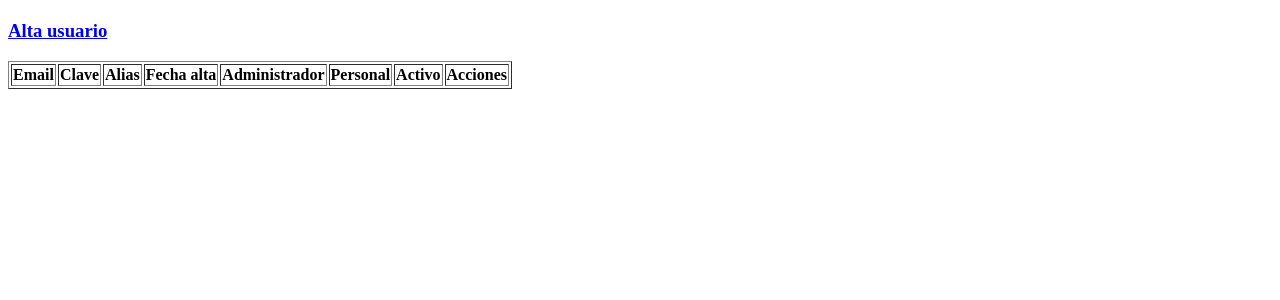
Repository: Mariangeles94/practica_gestion_usuarios
Page: http://localhost/Gestion/administrador/index.php
The author's editor kept a record of every edit. The page is drawn from the files as they stood at one moment, then again after the next edit.
The browser window is 1280 px wide. The pictures show the whole page.
The page is run by PHP 8.4 with error messages shown; the project is at /var/www/html/. Queries for data that is not in the repository find no rows.

Above is the page before.

### administrador/index.php
<?php
require '../clases/AutoCarga.php';
$bd = new DataBase();
$gestor = new ManageUser($bd);
$usuarios = $gestor->getList2();

?>
<!DOCTYPE html>
<html>
    <head>
        <meta charset="UTF-8">
        <title></title>
    </head>
    <body>
        <h2></h2>
        <h3><a class="enlaceInsertar" href="viewinsert.php">Alta usuario</a></h3>
        <table border="1">
            <thead>
                <tr>
                    <th>Email</th>
                    <th>Clave</th>
                    <th>Alias</th>
                    <th>Fecha alta</th>
                    <th>Administrador</th>
                    <th>Personal</th>
                    <th>Activo</th>
                    <th colspan="2">Acciones</th>
                </tr>
            </thead>
            <tbody>
                <?php foreach ($usuarios as $key => $usuario) { ?>
                    <tr>
                        <td><?= $usuario->getEmail(); ?></td>
                        <td><?= $usuario->getClave(); ?></td>
                        <td><?= $usuario->getAlias() ?></td>
                        <td><?= $usuario->getFechaAlta(); ?></td>
                        <td><?= $usuario->getAdministrador() ?></td>
                        <td><?= $usuario->getPersonal() ?></td>
                        <td><?= $usuario->getActivo() ?></td>
                        <td>
                            <a class='borrar' href='phpdelete.php?email=<?= $usuario->getEmail() ?>'> Borrar</a>
                            <a href='viewedit.php?email=<?= $usuario->getEmail() ?>'> Editar</a>
                        </td>
                    </tr>
                <?php } ?>
            </tbody>
        </table>
    </body>
    <script src="../js/scripts.js"></script>
</html>
<?php
$bd->close();

### clases/AutoCarga.php
<?php

class AutoCarga {
    static function cargar($clase){
        $clase = str_replace("\\", "/", $clase);
        $archivo = "../clases/" .$clase . ".php";
         if (file_exists($archivo)) {
              require $archivo;
         }else{
             $archivo = "clases/" .$clase . ".php";
             require $archivo;
         }
   }
}
spl_autoload_register('AutoCarga::cargar'); // Tiene que estar fuera de la clase

### clases/DataBase.php
<?php

class DataBase {

    private $conexion, $consulta;

    function __construct() {
        try {
            $this->conexion = new PDO(
                    'mysql:host=' . Constant::SERVER . ';' .
                    'dbname=' . Constant::DATABASE, Constant::DBUSER, Constant::DBPASSWORD, array(
                PDO::ATTR_PERSISTENT => true,
                PDO::MYSQL_ATTR_INIT_COMMAND => 'set names utf8')
            );
        } catch (PDOException $e) {
            var_dump($e);
            exit();
            //Esta parte hay que completarla
        }
    }

    function close() {
        $this->conexion = null;
    }

    function getCount() {
        return $this->consulta->rowCount();
    }

    function getId() {
        return $this->conexion->lastInsertId();
    }

    function getErrorConection() {
        return $this->conexion->errorInfo();
    }

    function getError() {
        return $this->consulta->errorInfo();
    }

    function send($sql, $parametros = array()) {
        $this->consulta = $this->conexion->prepare($sql);
        foreach ($parametros as $nombreParametro => $valorParametro) {
            $this->consulta->bindValue($nombreParametro, $valorParametro);
        }
      //var_dump($parametros);
      //echo "sql:" .$sql;
        return $this->consulta->execute();
    }

    function getRow() {
        $r = $this->consulta->fetch();
        if ($r === null) {
            $this->consulta->closeCursor();
        }
        return $r;
    }
    function count($tabla, $condicion="1 = 1", $parametros = array()){
        $sql="select count(*) from $tabla where $condicion";
        $this->send($sql, $parametros);
        $fila = $this->getRow();
        return $fila[0];
    }

    function erase($tabla, $condicion, $parametros = array()) {
        //delete from TABLA where CONDICION
        $sql = "delete from $tabla where $condicion";
        if ($this->send($sql, $parametros)) {
            return $this->getCount();
        }
        return false;
    }

     function delete($tabla, $parametros = array()) {
        //delete from TABLA where CONDICION
        $camposWhere = "";
        foreach ($parametros as $nombreParametro => $valorParametro) {
            $camposWhere .= $nombreParametro . " = :" . $nombreParametro . " and ";
        }
        //$camposWhere .= "1=1";
        $camposWhere = substr($camposWhere, 0, -4);
        $sql = "delete from $tabla where $camposWhere";
        if ($this->send($sql, $parametros)) {
            return $this->getCount();
        }
        return false;
    }

    function insert($tabla, $parametros = array(), $auto = true) {
        //insert into TABLA values (VALORES);
        //insert into TABLA (CAMPOS) values (VALORES);
        //insert into TABLA (c1, c2) values (:c1, :c2);
        //si la tabla tiene un campo autonumerico devuelvo el id
        //si no devuelvo el numero de filas insertadas(1)
        //si error devuelvo false
        $campos = "";
        $valores = "";
        foreach ($parametros as $nombreParametro => $valorParametro) {
            $campos .= $nombreParametro . ",";
            $valores .= ":" . $nombreParametro . ",";
        }
        $campos = substr($campos, 0, -1);
        $valores = substr($valores, 0, -1);
        $sql = "insert into $tabla ($campos) values ($valores)";
        if ($this->send($sql, $parametros)) {
            if ($auto) {
                return $this->getId();
            }
            return $this->getCount();
        }
        return false;
    }

    function update($tabla, $parametrosSet = array(), $parametrosWhere = array()) {
        //update TABLA set VALORES where CONDICION
        //update TABLA set c1=:c1, c2=:c2 where c1=:_c1 and c3=:_c3
        $camposSet = "";
        $camposWhere = "";
        $parametros = array();
        foreach ($parametrosSet as $nombreParametro => $valorParametro) {
            $camposSet .= $nombreParametro . " = :" . $nombreParametro . ",";
            $parametros[$nombreParametro] = $valorParametro;
        }
        $camposSet = substr($camposSet, 0, -1);

        foreach ($parametrosWhere as $nombreParametro => $valorParametro) {
            $camposWhere .= $nombreParametro . " = :_" . $nombreParametro . " and ";
            $parametros["_" . $nombreParametro] = $valorParametro;
        }
        //$camposWhere .= "1=1";
        $camposWhere = substr($camposWhere, 0, -4);
        $sql = "update $tabla set $camposSet where $camposWhere";
        if ($this->send($sql, $parametros)) {
            return $this->getCount();
        }
        return -1;
    }

    function query($tabla, $proyeccion = "*", $parametros = array(), $orden = "1", $limite = "") {
        //select CAMPOS from TABLA where CONDICION order by ORDEN LIMIT
        //select c1,c2 from TABLA where c3=:c3 and c4 = :c4 order by c2 desc,c1 limit 8,15
        $campos = "";
        foreach ($parametros as $nombreParametro => $valorParametro) {
            $campos .= $nombreParametro . " = :" . $nombreParametro . " and ";
        }
        $campos .= "1=1";
        //$campos = substr($campos, 0, -4);
        $limit = "";
        if($limite!==""){
            $limit = "limit $limite";
        }
        $sql = "select $proyeccion from $tabla where $campos order by $orden $limit";
        return $this->send($sql, $parametros);
    }

    function select($tabla, $proyeccion = "*", $condicion = "1 = 1",
        $parametros = array(), $orden="1", $limite=""){
        $limit = "";
        if($limite!==""){
            $limit = "limit $limite";
        }
        $sql = "select $proyeccion from $tabla "
                . "where $condicion order by $orden $limit";
        return $this->send($sql, $parametros);
    }

}

### clases/Constant.php
<?php

class Constant {
    const DATABASE = "gestion";
    const SERVER = "localhost";
    const DBUSER = "mariangeles94";
    const DBPASSWORD = "";
    const NRPP = 10;
    const SEMILLA="45856";
}

### clases/ManageUser.php
<?php

class ManageUser {
    private $bd = null;
    private $tabla = "usuario";

    function __construct(DataBase $bd) {
        $this->bd = $bd;
    }

    function get($email) {
        //devuelve un objeto de la clase
        $parametros = array();
        $parametros['email'] = $email;
        $this->bd->select($this->tabla, "*", "email=:email", $parametros);
        $fila = $this->bd->getRow();
        $user = new User();
        $user->set($fila);
        return $user;
    }

    function count($condicion = "1 = 1", $parametros = array()) {
        return $this->bd->count($this->tabla, $condicion, $parametros);
    }

    function delete($email) {
        $parametros = array();
        $parametros['email'] = $email;
        return $this->bd->delete($this->tabla, $parametros);
    }

    function deleteCities($parametros) {
        return $this->bd->delete($this->tabla, $parametros);
    }

    function erase(User $user) {
        return $this->delete($user->getEmail());
    }

   function set(User $user, $pkemail){
        //Update de todos los campos menos el id, el id se usara como el where para el update numero de filas modificadas
        $parametros =$user->getArray();
        $parametrosWhere = array();
        $parametrosWhere["email"]=$pkemail;
        return $this->bd->update($this->tabla, $parametros, $parametrosWhere);
    }
   function setActivo($email,$activo){
        //Update de todos los campos menos el id, el id se usara como el where para el update numero de filas modificadas
        $parametrosSet = array();
        $parametrosSet['activo'] = $activo;

        $parametrosWhere = array();
        $parametrosWhere["email"]=$email;
        return $this->bd->update($this->tabla, $parametrosSet, $parametrosWhere);
    }
     function setClave($email,$clave){
        //Update de todos los campos menos el id, el id se usara como el where para el update numero de filas modificadas
        $parametrosSet = array();
        $parametrosSet['clave'] = $clave;

        $parametrosWhere = array();
        $parametrosWhere["email"]=$email;
        return $this->bd->update($this->tabla, $parametrosSet, $parametrosWhere);
    }

    function insert(User $user) {
        $parametrosSet = array();
        $parametrosSet['email'] = $user->getEmail();
        $parametrosSet['clave'] = $user->getClave();
        $parametrosSet['alias'] = $user->getAlias();
        $parametrosSet['fechaAlta'] = $user->getFechaAlta();
        $parametrosSet['activo'] = $user->getActivo();
        $parametrosSet['administrador'] = $user->getAdministrador();
        $parametrosSet['personal'] = $user->getPersonal();
        return $this->bd->insert($this->tabla, $parametrosSet);
    }

    function getList($pagina = 1, $order = "", $nrpp = Constant::NRPP, $condicion = "1=1", $parametros = array()) {

        $resgistroInicial = ($pagina - 1) * $nrpp;
        $this->bd->select($this->tabla, "*", $condicion, $parametros, $ordenPredeterminado, "$resgistroInicial, $nrpp"); /* limite va desde 1 y saca 10 registros */
        $r = array();
        while ($fila = $this->bd->getRow()) {
            $user = new User();
            $user->set($fila);
            $r[] = $user;
        }
        return $r;
    }
     function getList2($pagina = 1, $nrpp = Constant::NRPP) {
        $resgistroInicial = ($pagina - 1) * $nrpp;
        $this->bd->select($this->tabla, "*", "1=1", array(), "email", "$resgistroInicial, $nrpp"); /* limite va desde 1 y saca 10 registros */
        $r = array();
        while ($fila = $this->bd->getRow()) {
            $user = new User();
            $user->set($fila);
            $r[] = $user;
        }
        return $r;
    }

    function getValuesSelectTodos() {
        $this->bd->query($this->tabla, "*", array());
        $array = array();
        while ($fila = $this->bd->getRow()) {
            $user = new User();
            $user->set($fila);
            $array = $user;
           // $array[$fila[0]] = $fila[1];
        }
        return $array;
    }
    function getValuesSelectUsario() {
        $this->bd->query($this->tabla, "email, clave, alias", array(), "email");
        $array = array();
        while ($fila = $this->bd->getRow()) {
            $array[$fila[0]] = $fila[1];
        }
        return $array;
    }
    function getValuesSelectPersonal() {
        $this->bd->query($this->tabla, "clave, alias, fechaAlta", array(), "fechaAlta");
        $array = array();
        while ($fila = $this->bd->getRow()) {
            $array[$fila[0]] = $fila[1];
        }
        return $array;
    }
}

### js/scripts.js
/*global document*/
"use strict";
(function() {
    var elementos = document.getElementsByClassName("borrar");
    for (var i = 0; i < elementos.length; i++) {
        var elemento = elementos[i];
        elemento.addEventListener("click", function(event) {
            if (!confirm("¿Borrar?")) {
                event.preventDefault();
            }
        }, false);
    }
}());

### css/demo.css
@import url(http://fonts.googleapis.com/css?family=Lato:300,400,700);
@font-face {
	font-family: 'codropsicons';
	src:url('../fonts/codropsicons/codropsicons.eot');
	src:url('../fonts/codropsicons/codropsicons.eot?#iefix') format('embedded-opentype'),
		url('../fonts/codropsicons/codropsicons.woff') format('woff'),
		url('../fonts/codropsicons/codropsicons.ttf') format('truetype'),
		url('../fonts/codropsicons/codropsicons.svg#codropsicons') format('svg');
	font-weight: normal;
	font-style: normal;
}

*, *:after, *:before { -webkit-box-sizing: border-box; -moz-box-sizing: border-box; box-sizing: border-box; }
header nav{
    width: 100%;
    background-color: black;
    height: 50px;
    margin-bottom:10%;
    text-align: center;
    padding-top: 2%;
}
header nav a{
    text-decoration: none;
    color: white;
    width: 10%;
    padding: 10%;
    margin-top: 5%;
    font-size: 1.25em;
}
body {
	font-family: 'Lato', Arial, sans-serif;
	color: #7c8d87;
	background: #f8f8f8;
}

a {
	color: #31bc86;
	text-decoration: none;
}

a:hover, a:focus {
	color: #7c8d87;
}

.container > header {
	margin: 0 auto;
	padding: 2em;
	text-align: center;
	background: rgba(0,0,0,0.01);
}

.container > header h1 {
	font-size: 2.625em;
	line-height: 1.3;
	margin: 0;
	font-weight: 300;
}

.container > header span {
	display: block;
	font-size: 60%;
	opacity: 0.7;
	padding: 0 0 0.6em 0.1em;
}

/* To Navigation Style */
.codrops-top {
	background: #fff;
	background: rgba(255, 255, 255, 0.6);
	text-transform: uppercase;
	width: 100%;
	font-size: 0.69em;
	line-height: 2.2;
}

.codrops-top a {
	text-decoration: none;
	padding: 0 1em;
	letter-spacing: 0.1em;
	display: inline-block;
}

.codrops-top a:hover {
	background: rgba(255,255,255,0.95);
}

.codrops-top span.right {
	float: right;
}

.codrops-top span.right a {
	float: left;
	display: block;
}

.codrops-icon:before {
	font-family: 'codropsicons';
	margin: 0 4px;
	speak: none;
	font-style: normal;
	font-weight: normal;
	font-variant: normal;
	text-transform: none;
	line-height: 1;
	-webkit-font-smoothing: antialiased;
}

.codrops-icon-drop:before {
	content: "\e001";
}

.codrops-icon-prev:before {
	content: "\e004";
}

/* Demo Buttons Style */
.codrops-demos {
	padding-top: 1em;
	font-size: 0.8em;
}

.codrops-demos a {
	display: inline-block;
	margin: 0.5em;
	padding: 0.7em 1.1em;
	outline: none;
	border: 2px solid #31bc86;
	text-decoration: none;
	text-transform: uppercase;
	letter-spacing: 1px;
	font-weight: 700;
}

.codrops-demos a:hover,
.codrops-demos a.current-demo,
.codrops-demos a.current-demo:hover {
	border-color: #7c8d87;
	color: #7c8d87;
}

.related {
	text-align: center;
	font-size: 1.5em;
	padding-bottom: 3em;
}

@media screen and (max-width: 25em) {

	.codrops-icon span {
		display: none;
	}

}

### css/component.css
/* Component styles */
@font-face {
	font-family: 'Blokk';
	src: url('../fonts/blokk/BLOKKRegular.eot');
	src: url('../fonts/blokk/BLOKKRegular.eot?#iefix') format('embedded-opentype'),
		 url('../fonts/blokk/BLOKKRegular.woff') format('woff'),
		 url('../fonts/blokk/BLOKKRegular.svg#BLOKKRegular') format('svg');
	font-weight: normal;
	font-style: normal;
}
.component {
	line-height: 1.5em;
	margin: 0 auto;
	padding: 2em 0 3em;
	width: 90%;
	max-width: 1000px;
	overflow: hidden;
}
.component .filler {
	font-family: "Blokk", Arial, sans-serif;
	color: #d3d3d3;
}
table {
    border-collapse: collapse;
    margin-bottom: 3em;
    width: 100%;
    background: #fff;
}
td, th {
    padding: 0.75em 1.5em;
    text-align: left;
}
	td.err {
		background-color: #e992b9;
		color: #fff;
		font-size: 0.75em;
		text-align: center;
		line-height: 1;
	}
th {
    background-color: #31bc86;
    font-weight: bold;
    color: #fff;
    white-space: nowrap;
}
tbody th {
	background-color: #2ea879;
}
tbody tr:nth-child(2n-1) {
    background-color: #f5f5f5;
    transition: all .125s ease-in-out;
}
tbody tr:hover {
    background-color: rgba(129,208,177,.3);
}

/* For appearance */
.sticky-wrap {
	overflow-x: auto;
	overflow-y: hidden;
	position: relative;
	margin: 3em 0;
	width: 100%;
}
.sticky-wrap .sticky-thead,
.sticky-wrap .sticky-col,
.sticky-wrap .sticky-intersect {
	opacity: 0;
	position: absolute;
	top: 0;
	left: 0;
	transition: all .125s ease-in-out;
	z-index: 50;
	width: auto; /* Prevent table from stretching to full size */
}
	.sticky-wrap .sticky-thead {
		box-shadow: 0 0.25em 0.1em -0.1em rgba(0,0,0,.125);
		z-index: 100;
		width: 100%; /* Force stretch */
	}
	.sticky-wrap .sticky-intersect {
		opacity: 1;
		z-index: 150;

	}
		.sticky-wrap .sticky-intersect th {
			background-color: #666;
			color: #eee;
		}
.sticky-wrap td,
.sticky-wrap th {
	box-sizing: border-box;
}

/* Not needed for sticky header/column functionality */
td.user-name {
	text-transform: capitalize;
}
.sticky-wrap.overflow-y {
	overflow-y: auto;
	max-height: 50vh;
}

Loaded but not shown: css/normalize.css (common file)

After the next edit:
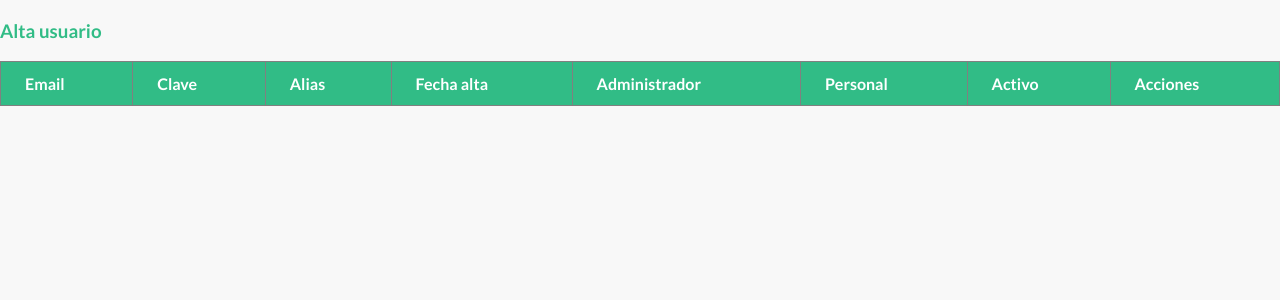
The edit:
--- a/administrador/index.php
+++ b/administrador/index.php
@@ -10,6 +10,9 @@
     <head>
         <meta charset="UTF-8">
         <title></title>
+        <link rel="stylesheet" type="text/css" href="../css/normalize.css" />
+		<link rel="stylesheet" type="text/css" href="../css/demo.css" />
+		<link rel="stylesheet" type="text/css" href="../css/component.css" />
     </head>
     <body>
         <h2></h2>
